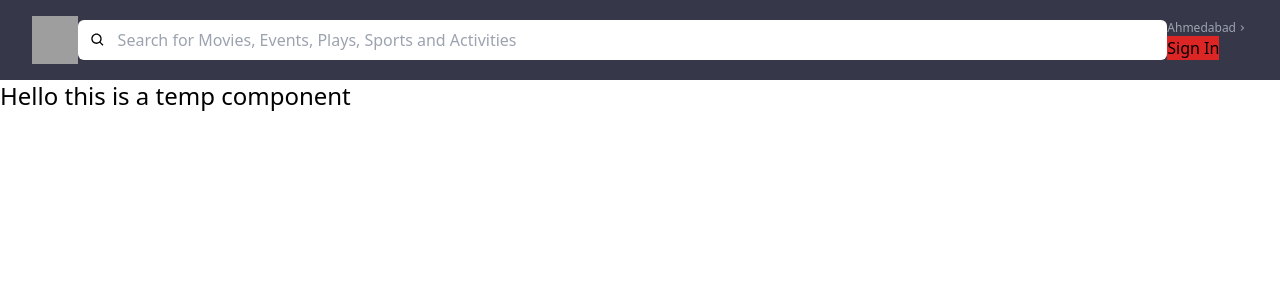
Repository: srush-shah/book-my-show-clone
Page: /
The author's editor kept a copy of each file at every save. The page is drawn from the files as they stood at one save, then again after a run of saves.
The browser window is 1280 px wide. The pictures show the whole page.
Pictures or frames that could not be fetched are drawn as grey boxes. The project was rebuilt for these pictures with package versions that can differ from the ones it lists, and the page was loaded fresh each time.

Above is the page before, as saved 2022-11-23 02:26:05.

After the next 3 saves:
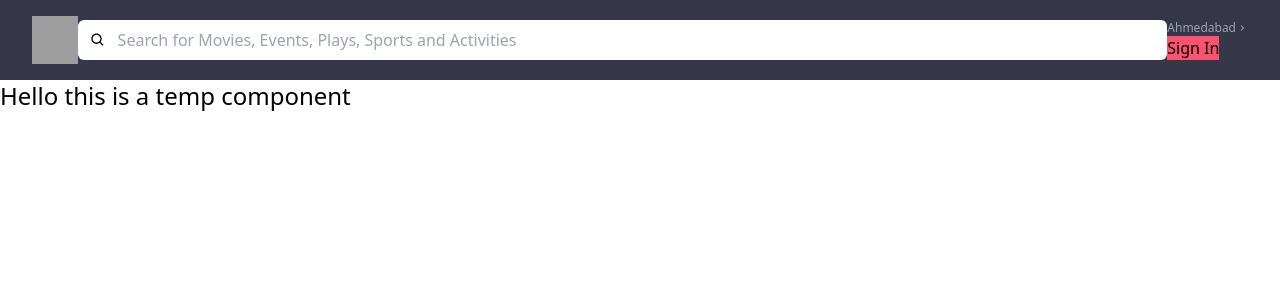
The 3 saves are shown as one change because they came seconds apart.
The last was saved 23 s later.
--- a/src/components/Navbar/navbar.component.jsx
+++ b/src/components/Navbar/navbar.component.jsx
@@ -55,7 +55,7 @@ const NavLg = () => {
           <span className="text-gray-400 text-xs flex items-center">
             Ahmedabad <BiChevronRight />
           </span>
-          <button className="bg-red-600">Sign In</button>
+          <button className="bg-bmsRed-300">Sign In</button>
         </div>
       </div>
     </>
